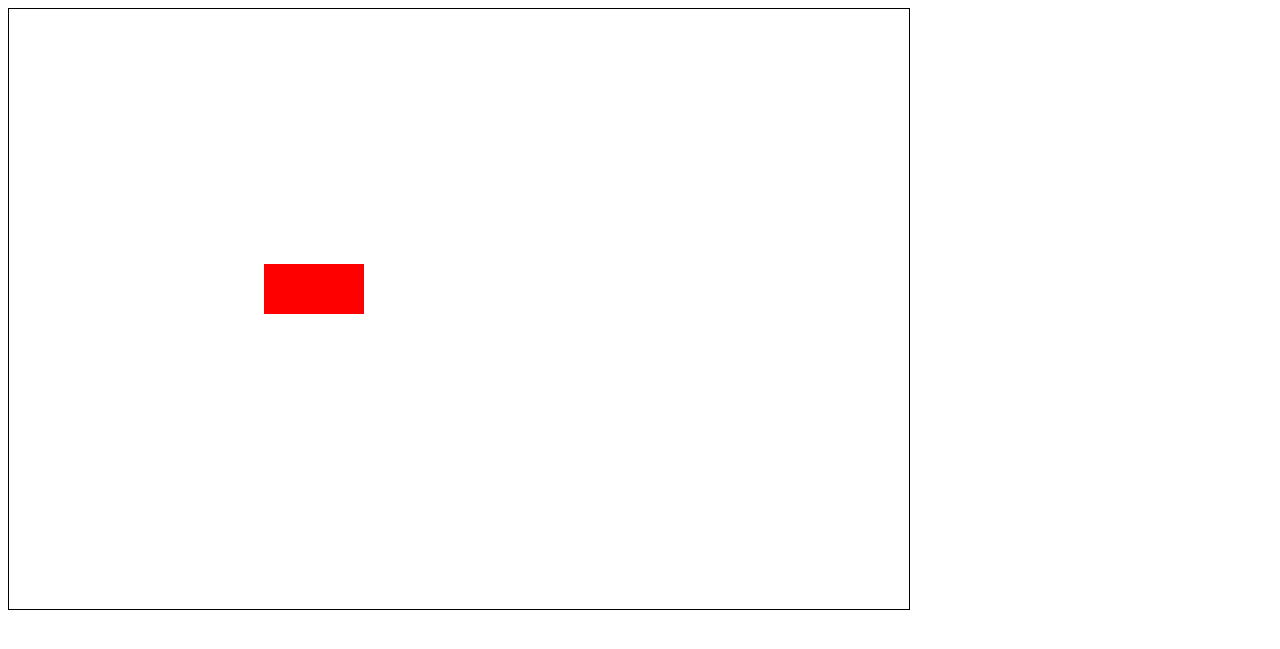
Repository: laben35/snake
Page: index.html
These files come from the project's save history. The page is drawn as it stood at one moment and after the next save; the edit follows.
The browser window is 1280 px wide. The pictures show the whole page.

Above is the page before, as saved 2019-12-07 23:25:49.

After the next save:
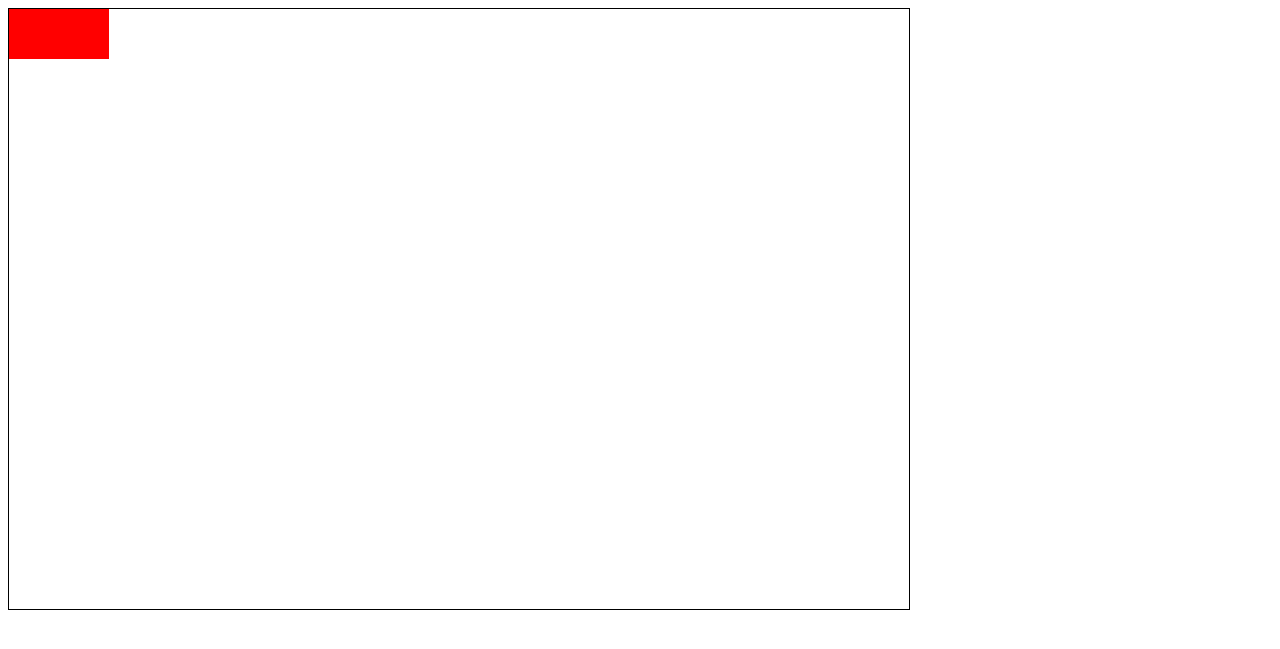
Saved 30 s later.
--- a/script.js
+++ b/script.js
@@ -27,8 +27,6 @@ window.onload = function()
         //fonction qui rafraichit le canvas
         function refreshCanvas()
         {
-            xCoord += 5;
-            yCoord += 5;
             ctx.clearRect(0,0,canvasWidth, canvasHeigth);
             ctx.fillStyle = "#ff0000";
             ctx.fillRect(xCoord, yCoord, 100, 50);
